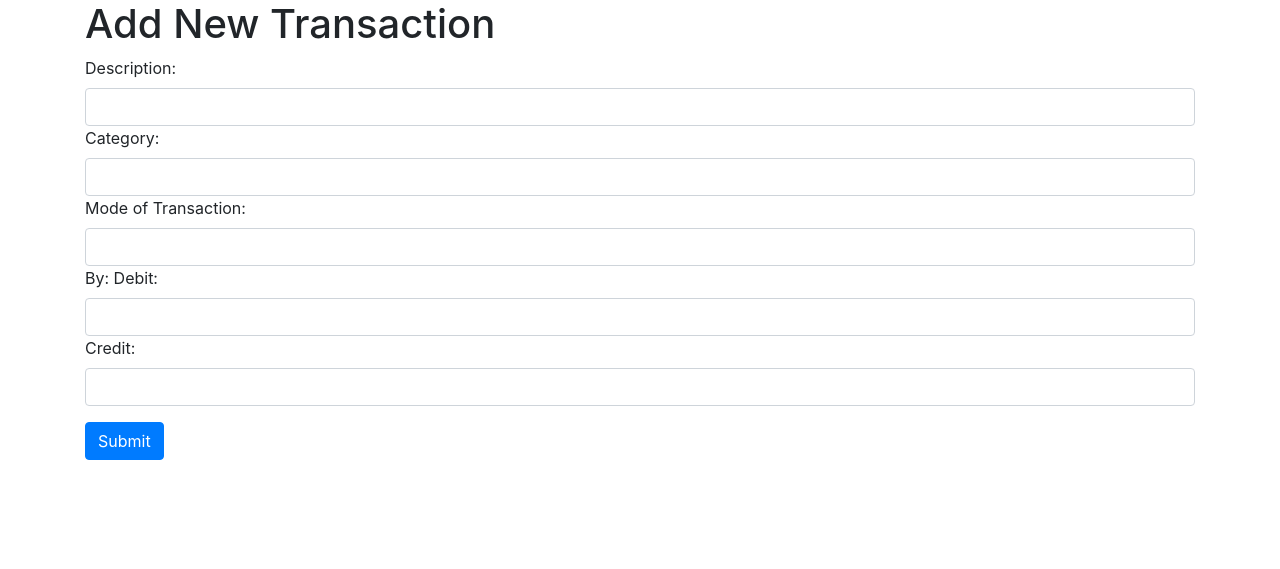
Repository: yucheng91/CI3-expenses-manager
Page: http://localhost/new-transaction/
The author's editor kept a record of every edit. The page is drawn from the files as they stood at one moment, then again after the next edit.
The browser window is 1280 px wide. The pictures show the whole page.
The page is served by the project's application, run on Flask 3 (app.py).

Above is the page before.

After the next edit:
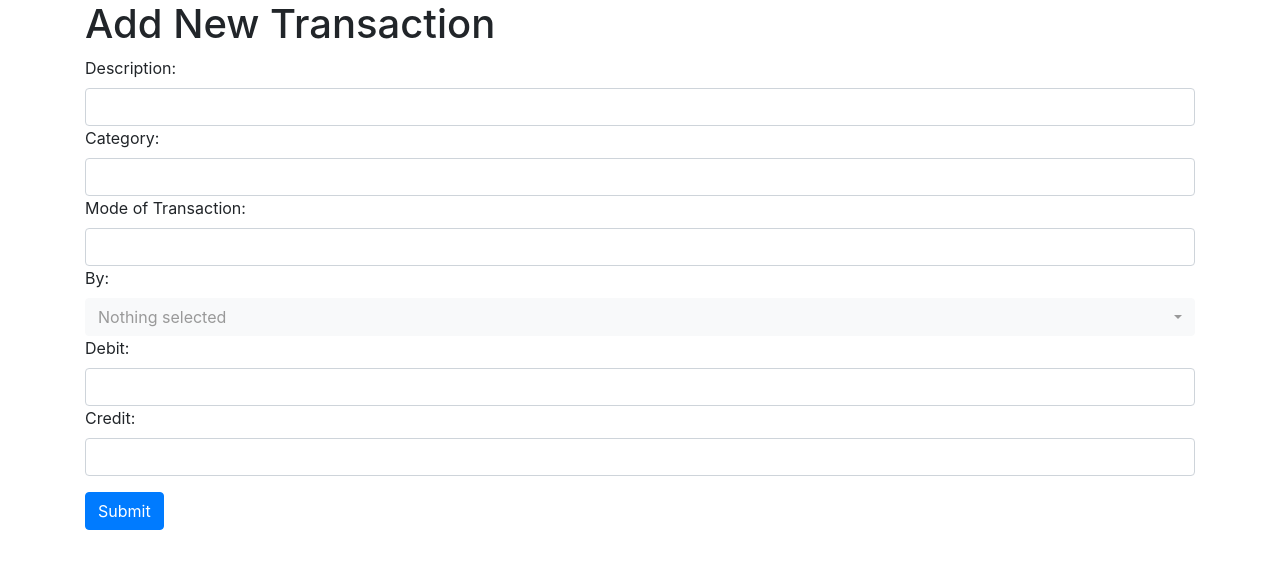
The edit:
--- a/templates/new_transaction.html
+++ b/templates/new_transaction.html
@@ -58,6 +58,8 @@
     <script src="https://code.jquery.com/jquery-3.3.1.slim.min.js" integrity="sha384-q8i/X+965DzO0rT7abK41JStQIAqVgRVzpbzo5smXKp4YfRvH+8abtTE1Pi6jizo" crossorigin="anonymous"></script>
     <script src="https://cdnjs.cloudflare.com/ajax/libs/popper.js/1.14.7/umd/popper.min.js" integrity="sha384-UO2eT0CpHqdSJQ6hJty5KVphtPhzWj9WO1clHTMGa3JDZwrnQq4sF86dIHNDz0W1" crossorigin="anonymous"></script>
     <script src="https://stackpath.bootstrapcdn.com/bootstrap/4.3.1/js/bootstrap.min.js" integrity="sha384-JjSmVgyd0p3pXB1rRibZUAYoIIy6OrQ6VrjIEaFf/nJGzIxFDsf4x0xIM+B07jRM" crossorigin="anonymous"></script>
+    <!-- Latest compiled and minified JavaScript -->
+    <script src="https://cdn.jsdelivr.net/npm/bootstrap-select@1.13.10/dist/js/bootstrap-select.min.js"></script>
 </body>
 
 </html>
